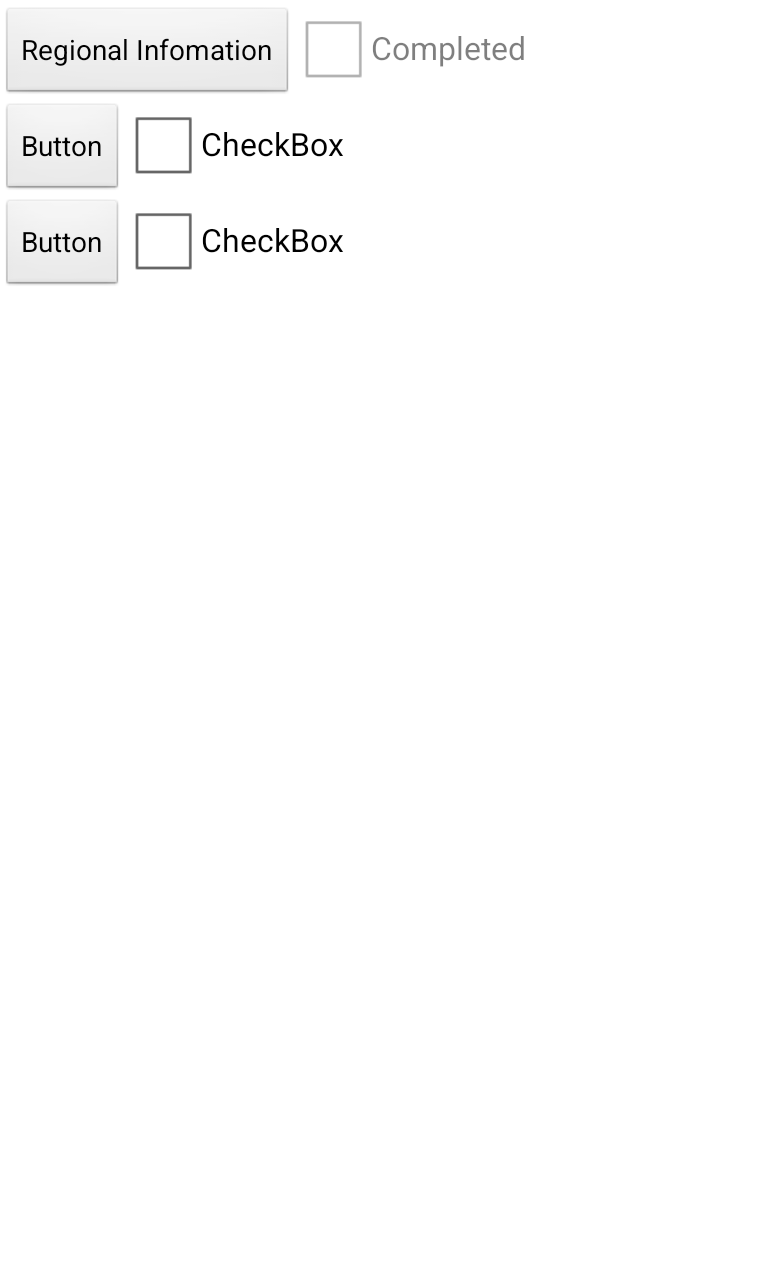
Repository: INBASD/Solar-Power-Project
Layout: Solar power calculator android/res/layout/menu.xml
An editor plug-in stored every save of this project. The layout is shown before and after the next save, followed by the edit.
It is drawn on a 768 x 1280 px phone screen (xhdpi) without system bars, with theme AppTheme; the app's code is not run.

Above is the layout before, as saved 2012-09-08 04:29:37.

After the next save:
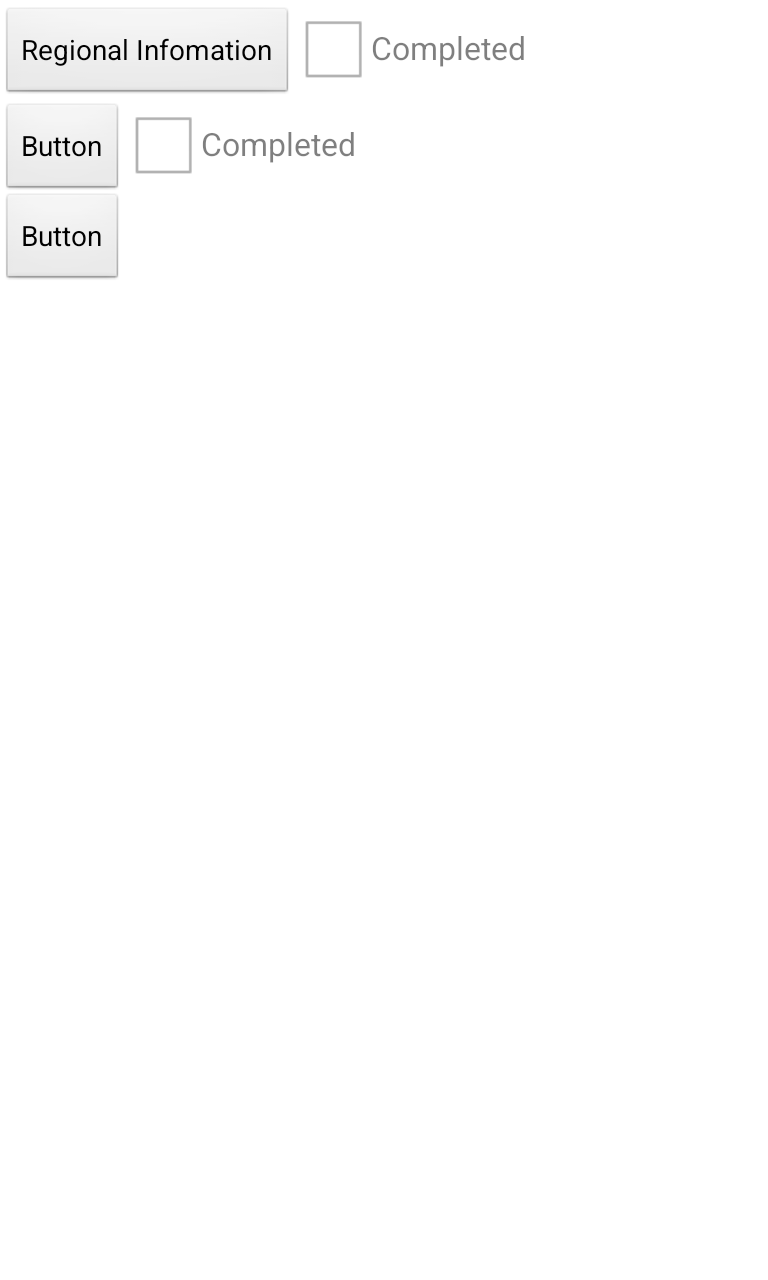
Saved 31 s later.
--- a/Solar power calculator android/res/layout/menu.xml
+++ b/Solar power calculator android/res/layout/menu.xml
@@ -34,10 +34,11 @@
             android:text="Button" />
 
         <CheckBox
-            android:id="@+id/checkBox1"
+            android:id="@+id/regionDone"
             android:layout_width="wrap_content"
             android:layout_height="wrap_content"
-            android:text="CheckBox" />
+            android:text="Completed"
+            android:enabled="false" />
 
     </LinearLayout>
 
@@ -51,12 +52,6 @@
             android:layout_height="wrap_content"
             android:text="Button" />
 
-        <CheckBox
-            android:id="@+id/checkBox1"
-            android:layout_width="wrap_content"
-            android:layout_height="wrap_content"
-            android:text="CheckBox" />
-
     </LinearLayout>
 
 </LinearLayout>
